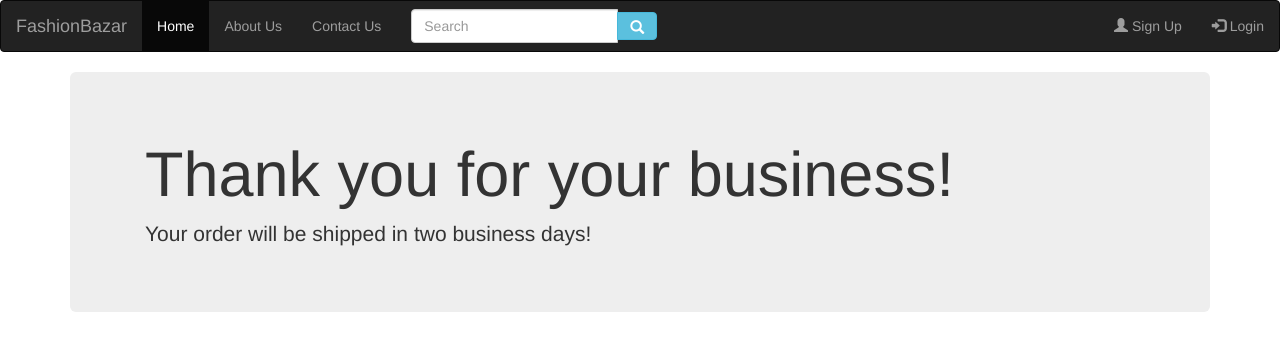
Repository: SmithaMendonca/Project-1
Page: http://localhost/FashionBazarFrontend/WEB-INF/views/ThankCustomer.jsp
The author's editor kept a copy of each file at every save. The page is drawn from the files as they stood at one save, then again after the next save.
The browser window is 1280 px wide. The pictures show the whole page.
The page is served by Tomcat 9. Nobody is signed in. Other server files are loaded and not shown. The template is opened directly, without the code that normally fills it, so the values that code supplies are empty.

Above is the page before, as saved 2019-06-06 05:27:06.

### FashionBazarFrontend/src/main/webapp/WEB-INF/views/ThankCustomer.jsp
<%@include file="Header.jsp"%>
<html>
<head>
<title>Thanks</title>
</head>
<body>

<div class="container-wrapper">
<div class="container">
<section>
<div class="jumbotron">
<div class="container">
<h1>Thank you for your business!</h1>
<p>Your order will be shipped in two business days!</p>
</div>
</div>
</section>

</div>
</div>
</body>
</html>

### FashionBazarFrontend/src/main/webapp/WEB-INF/views/Header.jsp
<%@ page language="java" contentType="text/html"%>
<%@ taglib uri="http://java.sun.com/jsp/jstl/core" prefix="c"%>
<%@taglib prefix="form" uri="http://www.springframework.org/tags/form"%>
<html>
<head>
<title>Welcome to Fashion Bazar</title>
 <meta charset="utf-8">
 <meta name="viewport" content="width=device-width, initial-scale=1">
 <link rel="stylesheet" href="https://maxcdn.bootstrapcdn.com/bootstrap/3.4.0/css/bootstrap.min.css">
  <script src="https://ajax.googleapis.com/ajax/libs/jquery/3.4.0/jquery.min.js"></script>
  <script src="https://maxcdn.bootstrapcdn.com/bootstrap/3.4.0/js/bootstrap.min.js"></script>
</head>
<body>
	  <nav class="navbar navbar-inverse">
      <div class="container-fluid">
        <div class="navbar-header">
	         <a class="navbar-brand" href="#">FashionBazar</a>
        </div>
        <ul class="nav navbar-nav">
         <c:if test="${!sessionScope.loggedIn }">
	      <li class="active"><a href="index.jsp">Home</a></li>
          <li><a href="<c:url value="/aboutus"/>">About Us</a></li>
          <li><a href="<c:url value="/contactus"/>">Contact Us</a></li>
          <form class="navbar-form navbar-left">
  				<div class="input-group">
    			  <input type="text" class="form-control" placeholder="Search">
   				 	<div class="input-group-btn">
      				<button class="btn btn-info" type="button">
        				<span class="glyphicon glyphicon-search"></span>
      				</button>
    				</div>
  				</div>
			</form>
         </c:if>

         <c:if test="${sessionScope.loggedIn }">
               <c:if test="${sessionScope.role=='ROLE_ADMIN' }">
	      <li><a href="<c:url value="/category"/>">Category Management</a></li>
          <li><a href="<c:url value="/product"/>">Product Management</a></li>
               </c:if>
         </c:if>

          <c:if test="${sessionScope.loggedIn }">
              <c:if test="${sessionScope.role=='ROLE_USER' }">
           <li><a href="<c:url value="/productPage"/>">Products</a></li>
          <li><a href="<c:url value="/showCart"/>">Cart</a></li>
              </c:if>
          </c:if>
       </ul>

       <ul class="nav navbar-nav navbar-right">
         <c:if test="${!sessionScope.loggedIn }">
	     	<li><a href="<c:url value="/register"/>"><span class="glyphicon glyphicon-user"></span> Sign Up</a></li>
        	 <li><a href="<c:url value="/login"/>"><span class="glyphicon glyphicon-log-in"></span> Login</a></li>
         </c:if>

         <c:if test="${sessionScope.loggedIn }">
            <li><a href="#"><span class="glyphicon glyphicon-user"></span>Hi ${sessionScope.username}</a></li>
            <li><a href="<c:url value="/perform_logout"/>"><span class="glyphicon glyphicon-log-in"></span> Logout</a></li>
         </c:if>
       </ul>
     </div>
    </nav>
</body>
</html>

After the next save:
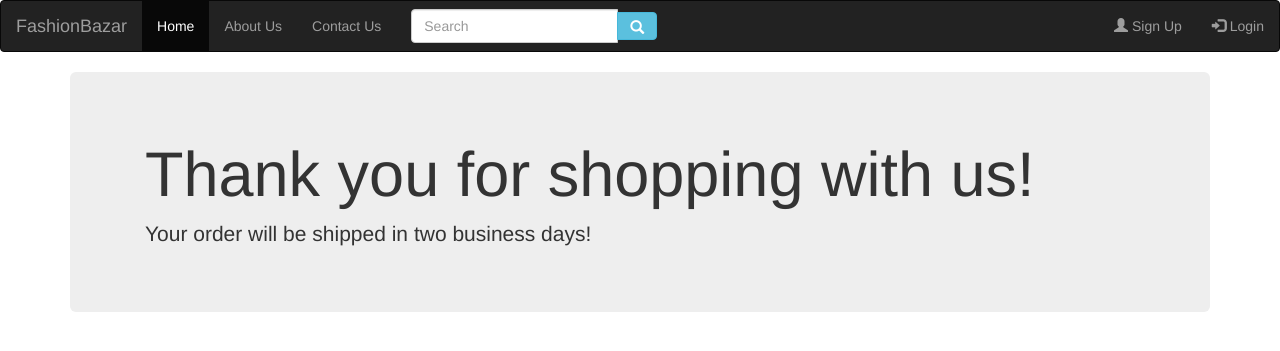
Saved 20 s later.
--- a/FashionBazarFrontend/src/main/webapp/WEB-INF/views/ThankCustomer.jsp
+++ b/FashionBazarFrontend/src/main/webapp/WEB-INF/views/ThankCustomer.jsp
@@ -10,7 +10,7 @@
 <section>
 <div class="jumbotron">
 <div class="container">
-<h1>Thank you for your business!</h1>
+<h1>Thank you for shopping with us!</h1>
 <p>Your order will be shipped in two business days!</p>
 </div>
 </div>
